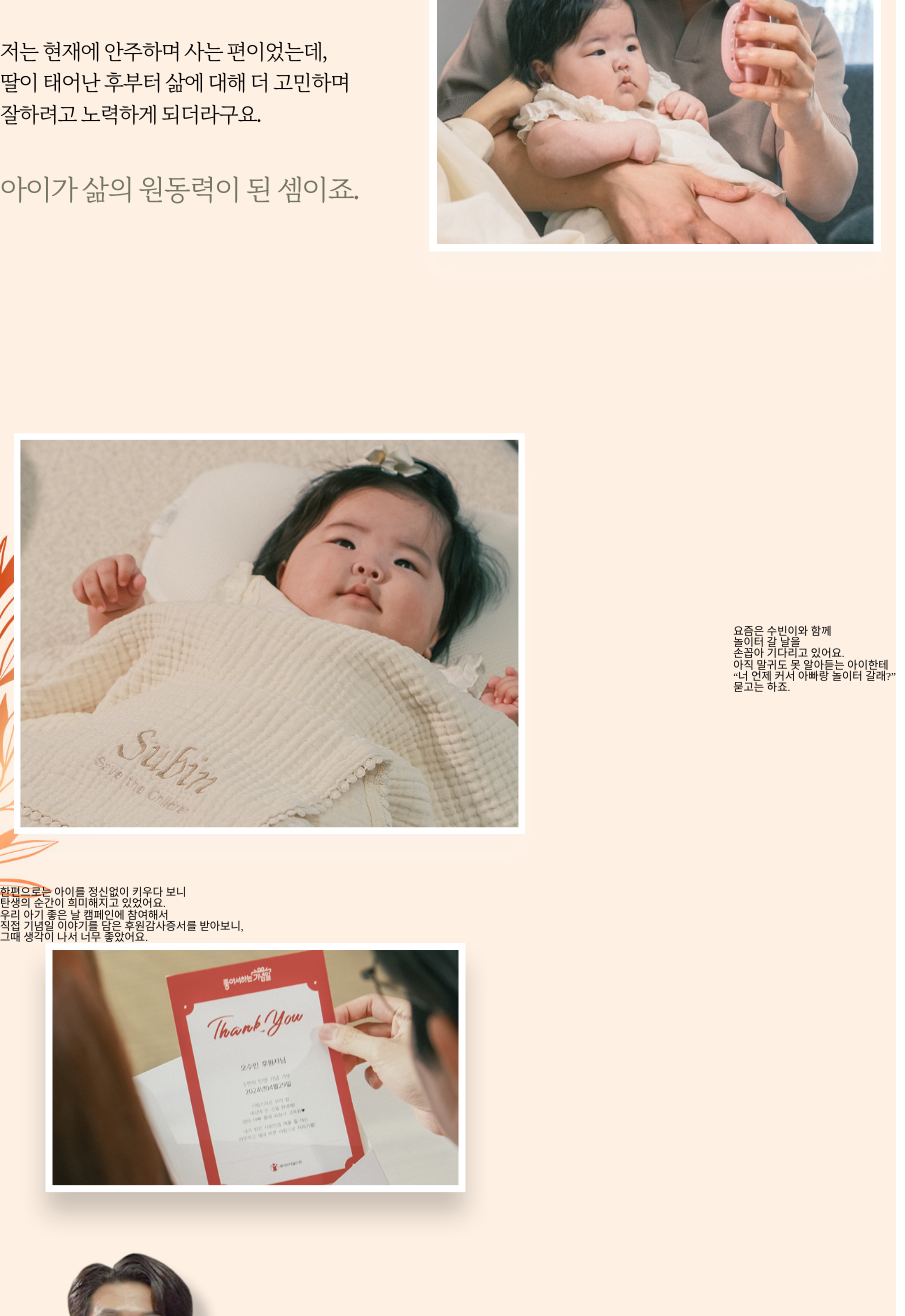
Repository: dlgywls1130/saveTheChildren
Page: index.html
These files come from the project's save history. The page is drawn as it stood at one moment and after the next save; the edit follows.
The browser window is 1280 px wide. The page is 1293 px wide, so the pictures cover 1293 px, including what lies to the right of the window. The pictures show the part of the page from y = 4463 to 6343 px (the page is 10761 px tall), at 70% of full size.
Some web fonts or font styles are not loaded; a fallback is used. The style sheet was rebuilt from its Sass, Less or Tailwind sources for each picture, by a compiler version that may differ from the author's.

Above is the page before, as saved 2024-11-01 22:48:12.

After the next save:
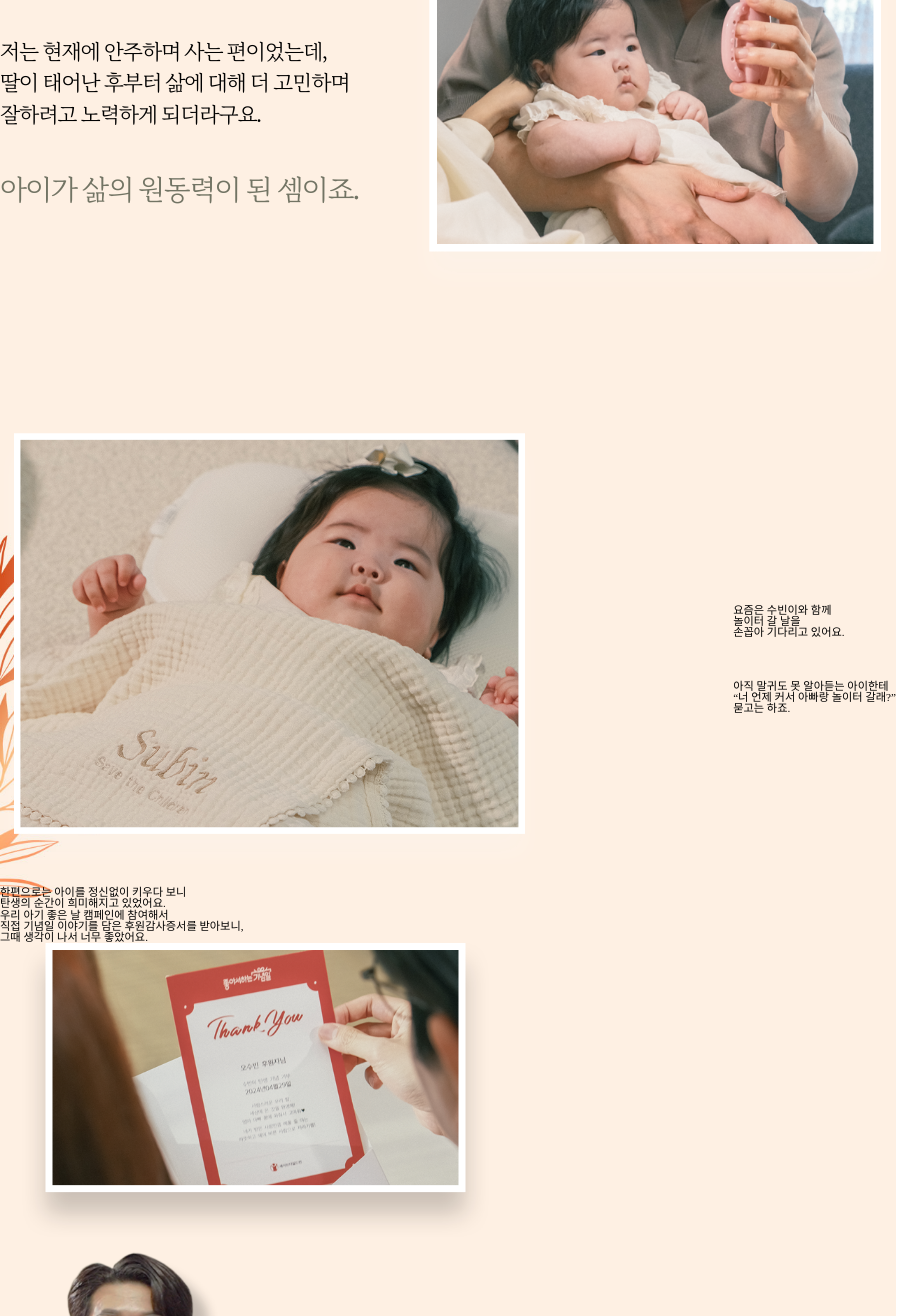
Saved 16 s later.
--- a/index.html
+++ b/index.html
@@ -133,7 +133,7 @@
                     </div>
 
                     <div class="story_text-contain">
-                        <p class="story_text_01">
+                        <p class="story_text_01 mb-60">
                             요즘은 수빈이와 함께
                             <br>놀이터 갈 날을
                             <br>손꼽아 기다리고 있어요.
